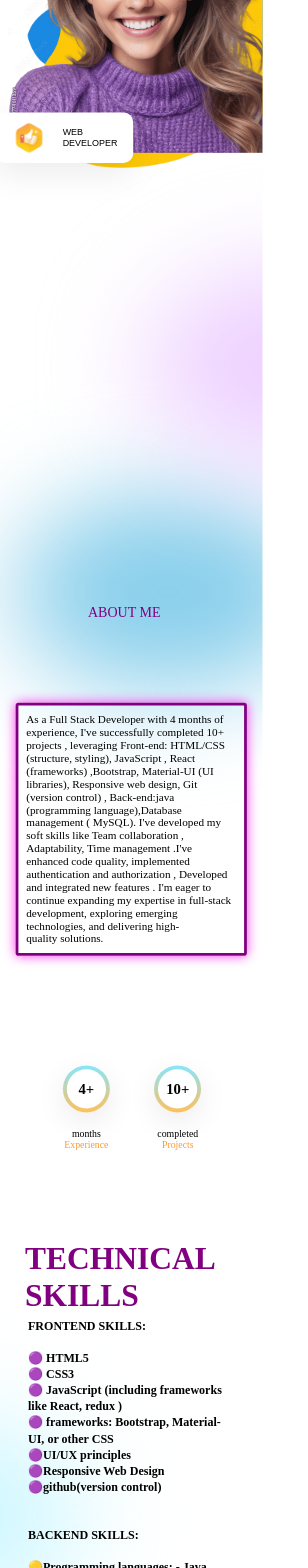
Repository: glorysandy/Protfolio
Page: /
The author's editor kept a copy of each file at every save. The page is drawn from the files as they stood at one save, then again after a run of saves.
The browser window is 375 px wide. The page is 440 px wide, so the pictures cover 440 px, including what lies to the right of the window. The pictures show the part of the page from y = 1104 to 3344 px (the page is 7883 px tall), at 70% of full size.
Some web fonts or font styles are not loaded; a fallback is used. The project was rebuilt for these pictures with package versions that can differ from the ones it lists, and the page was loaded fresh each time. Imported but missing from the stored project, and not drawn on this page: src/components/Services/SANDHIYA.P (RESUME).pdf.

Above is the page before, as saved 2024-10-17 16:06:35.

After the next 3 saves:
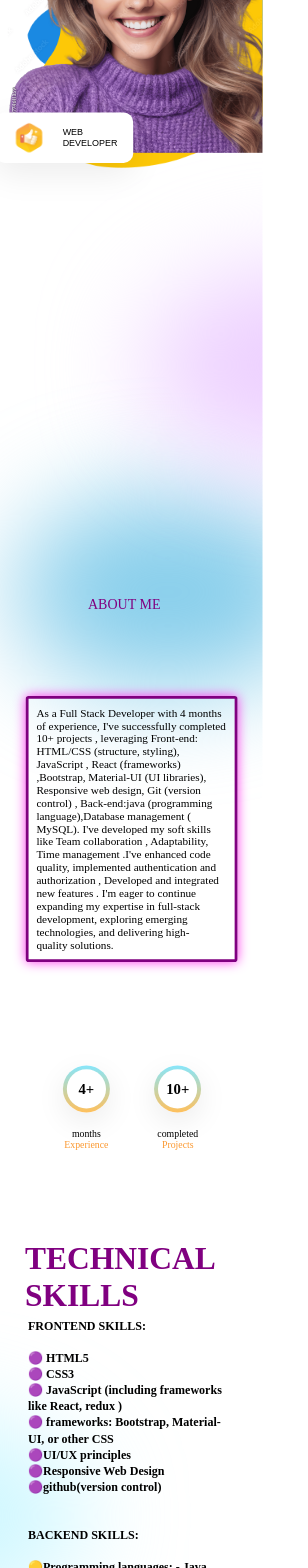
The 3 saves are shown as one change because they came seconds apart.
The last was saved 28 s later.
--- a/src/components/Testimonials/Testimonial.css
+++ b/src/components/Testimonials/Testimonial.css
@@ -95,7 +95,7 @@ border-radius: 5px;
         transform: scale(0.8);
         border: 5px solid purple;
         color: black;
-        width: 375px;
+        width: 340px;
         justify-content: start;
     }
     .c-t{
